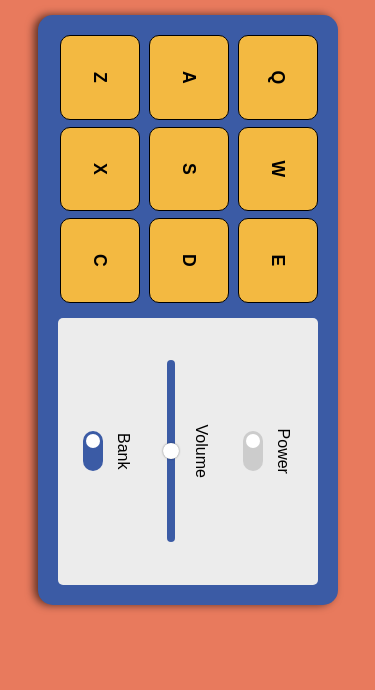
Repository: alfredoleano/drum-machine
Page: /
The author's editor kept a copy of each file at every save. The page is drawn from the files as they stood at one save, then again after the next save.
The browser window is 375 px wide. The pictures show the whole page.
The project was rebuilt for these pictures with package versions that can differ from the ones it lists, and the page was loaded fresh each time.

Above is the page before, as saved 2024-06-14 13:23:29.

After the next save:
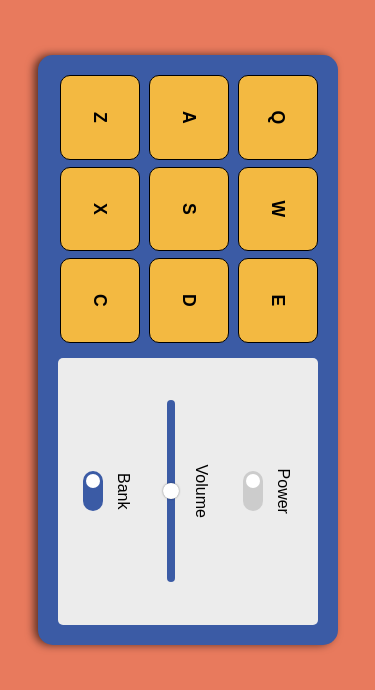
Saved 6 s later.
--- a/src/styles.scss
+++ b/src/styles.scss
@@ -274,7 +274,7 @@ input[type="range"]::-ms-track {
     width: 85vh; /* Adjusted width to fit within viewport height when rotated */
     height: 80vw; /* Adjusted height to fit within viewport width when rotated */
     left: 50%; /* Centers the element horizontally */
-    top: 35%;  /* Centers the element vertically */
+    top: 40%;  /* Centers the element vertically */
     transform: translate(-50%, -50%) rotate(90deg); /* Adjusts positioning and rotates */
     transform-origin: center center;
   }
